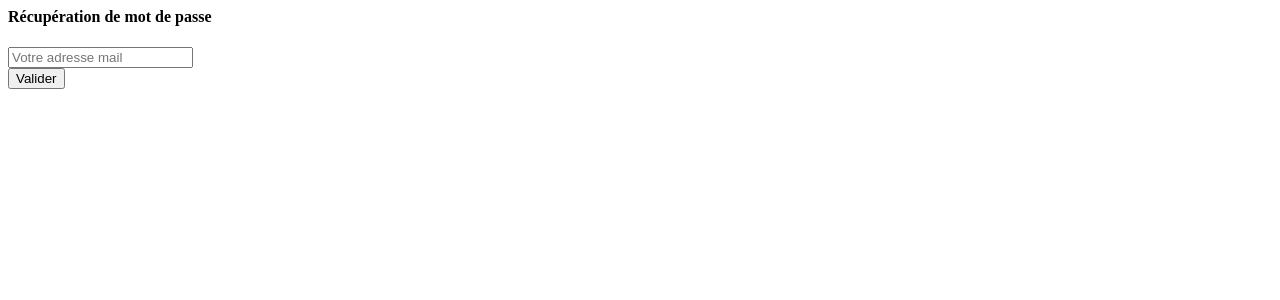
Repository: ahthionkevin/first-ecommerce-website
Page: http://localhost/path/newpass.php
An editor plug-in stored every save of this project. The page is shown before and after the next save, followed by the edit.
The browser window is 1280 px wide. The pictures show the whole page.
The page is run by PHP 8.4 with error messages shown; the project is at /var/www/html/.

Above is the page before, as saved 2021-06-22 20:02:06.

### Cote_Client/newpass.php
<?php session_start(); ?>
<h4 class="title-element">Récupération de mot de passe</h4>

<?php

if(@$section=='code') { ?>
Un code de vérification vous a été envoyé par mail: <?= $_SESSION['recup_mail'] ?>
<br/>
<form method="post">
   <input type="text" placeholder="Code de vérification" name="verif_code"/><br/>
   <input type="submit" value="Valider" name="verif_submit"/>
</form>
<?php } elseif(@$section=='changemdp') { ?>
Nouveau mot de passe pour <?= $_SESSION['recup_mail'] ?>
<form method="post">
   <input type="password" placeholder="Nouveau mot de passe" name="change_mdp"/><br/>
   <input type="password" placeholder="Confirmation du mot de passe" name="change_mdpc"/><br/>
   <input type="submit" value="Valider" name="change_submit"/>
</form>
<?php } else { ?>

<form method="post">
   <input type="email" placeholder="Votre adresse mail" name="recup_mail"/><br/>
   <input type="submit" value="Valider" name="recup_submit"/>
</form>
<?php } ?>
<?php if(isset($error)) { echo '<span style="color:red">'.$error.'</span>'; } else { echo ""; } ?>

After the next save:
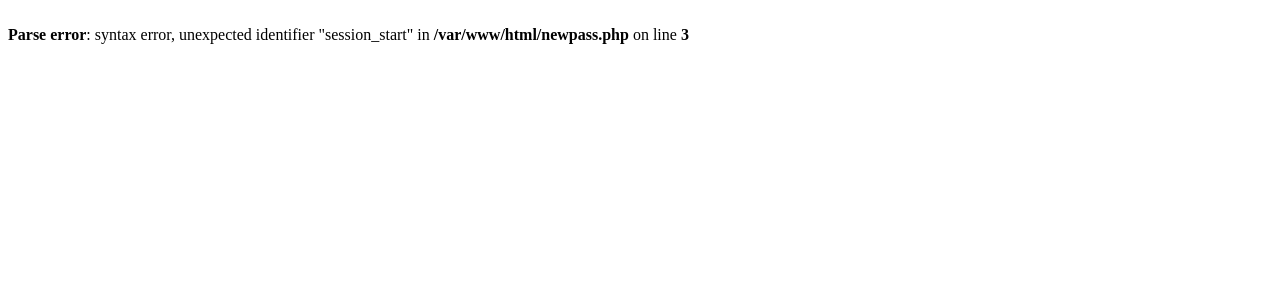
Saved 5 min 52 s later.
--- a/Cote_Client/newpass.php
+++ b/Cote_Client/newpass.php
@@ -1,4 +1,6 @@
-<?php session_start(); ?>
+<?php
+if(!isset($_SESSION)
+   session_start(); ?>
 <h4 class="title-element">Récupération de mot de passe</h4>
 
 <?php
